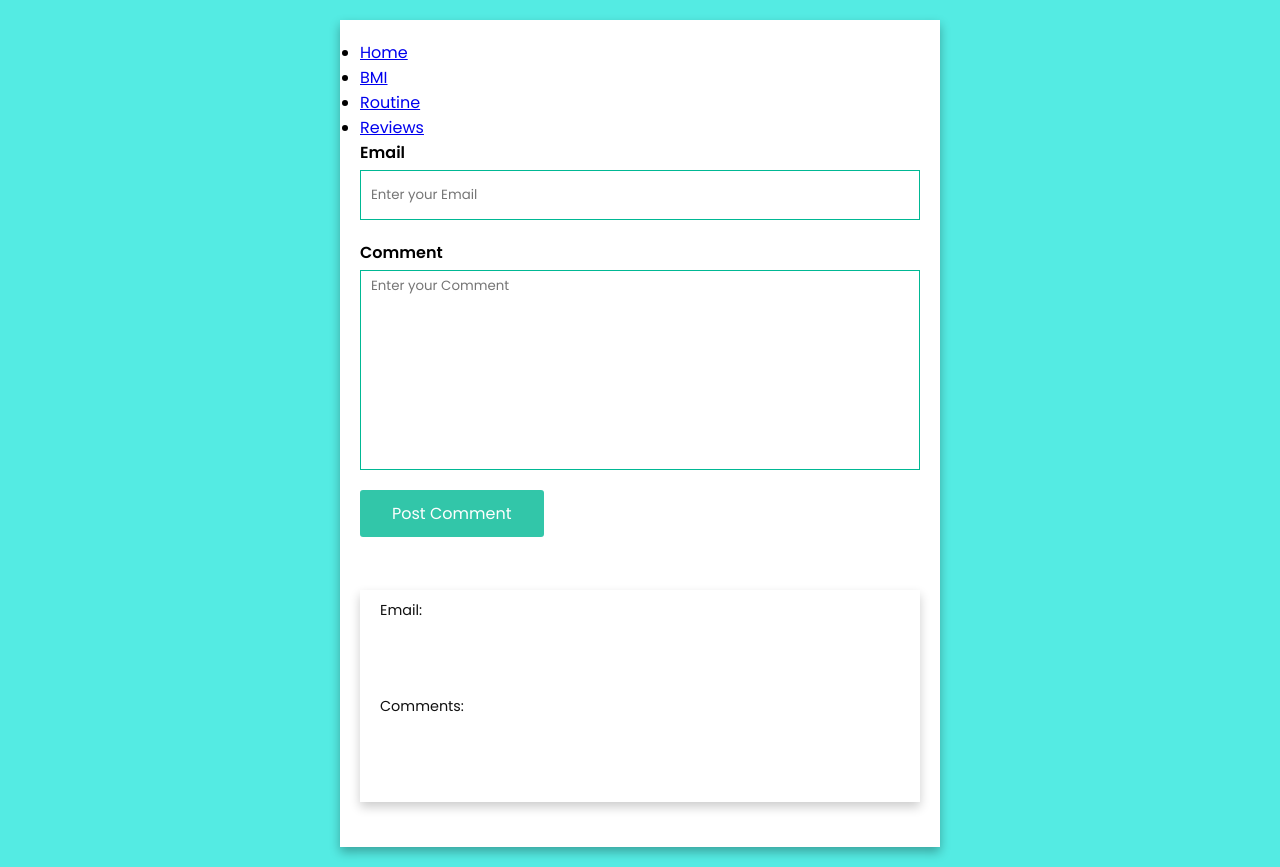
Repository: LaukeyMwaura/Fittylife-php
Page: html/review.html
The author's editor kept a copy of each file at every save. The page is drawn from the files as they stood at one save, then again after the next save.
The browser window is 1280 px wide. The pictures show the whole page.

Above is the page before, as saved 2022-03-10 09:35:43.

After the next save:
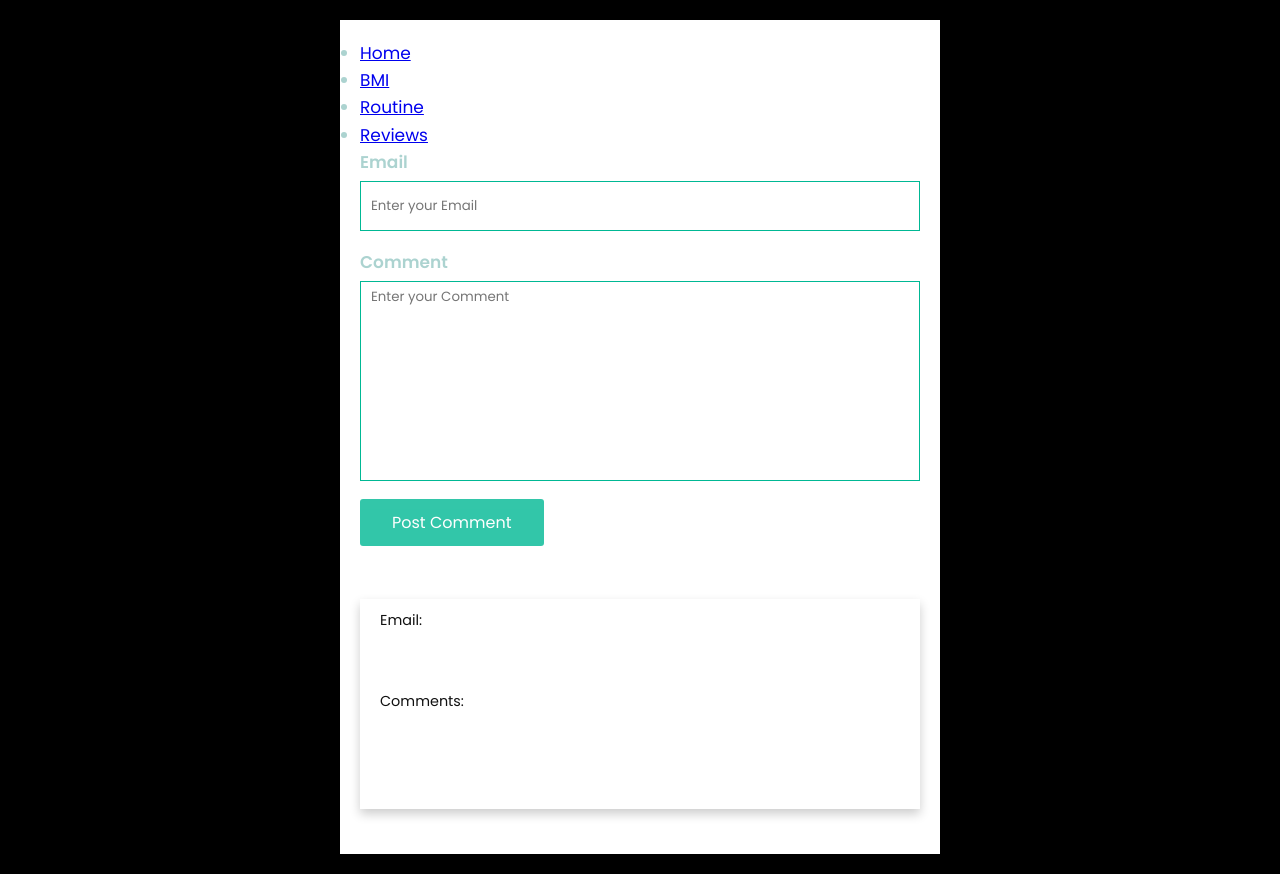
Saved 55 s later.
--- a/html/review.html
+++ b/html/review.html
@@ -7,6 +7,7 @@
 	<meta name="viewport" content="width=device-width, initial-scale=1.0">
 
 	<link rel="stylesheet" type="text/css" href="../css/review.css">
+	<link rel="stylesheet" href="../css/styles.css">
 	<title>User Reviews</title>
 </head>
 <body>

After the save that followed:
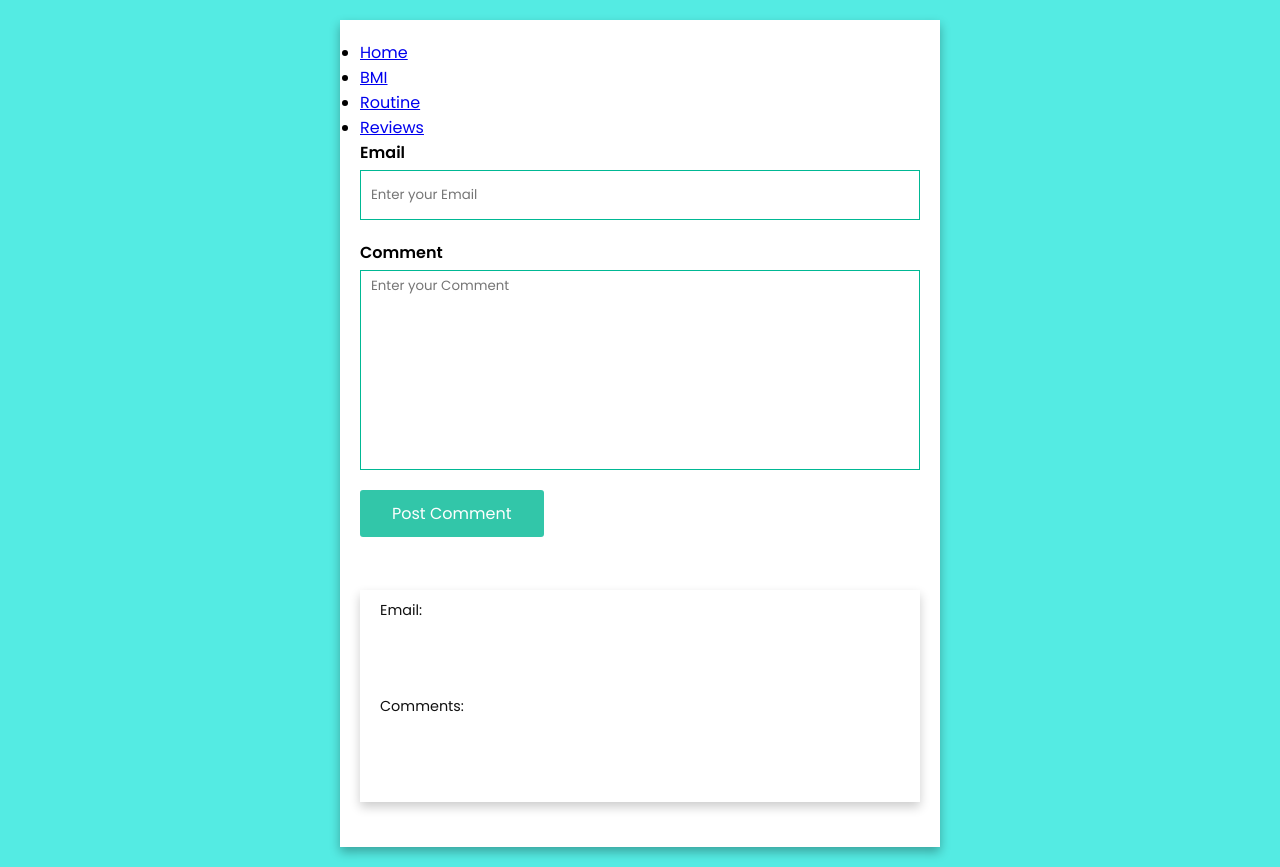
Saved 7 s later.
--- a/html/review.html
+++ b/html/review.html
@@ -7,7 +7,6 @@
 	<meta name="viewport" content="width=device-width, initial-scale=1.0">
 
 	<link rel="stylesheet" type="text/css" href="../css/review.css">
-	<link rel="stylesheet" href="../css/styles.css">
 	<title>User Reviews</title>
 </head>
 <body>
